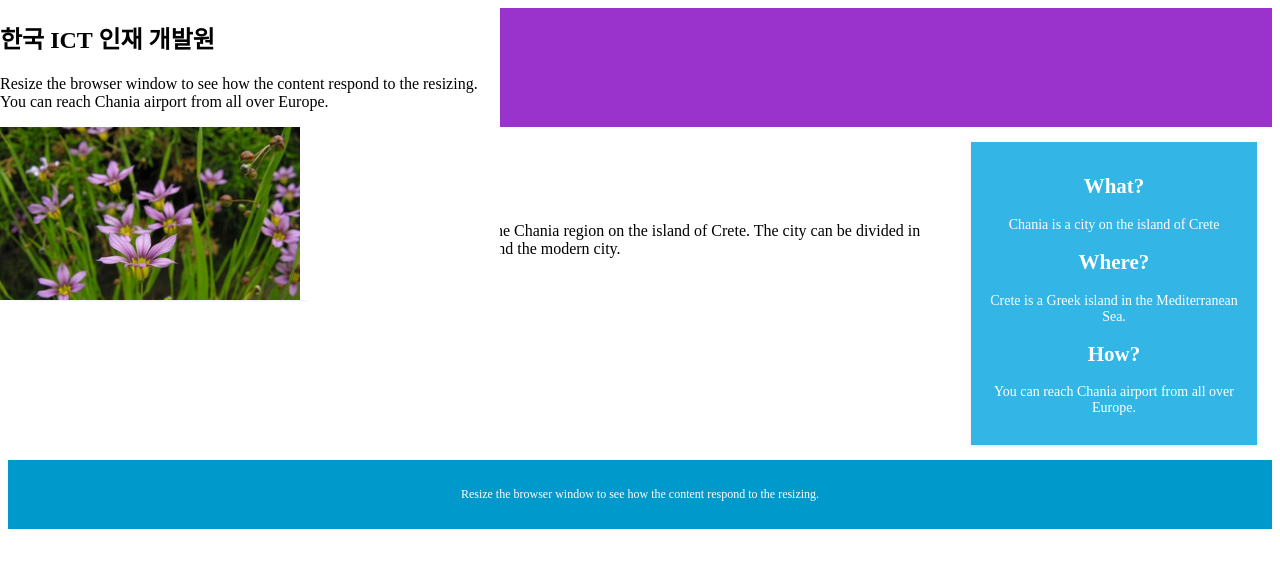
Repository: shinsil0601/webstudy
Page: 03_JavaScript/src/main/webapp/day02/ex18_event.html
An editor plug-in stored every save of this project. The page is shown before and after the next save, followed by the edit.
The browser window is 1280 px wide. The pictures show the whole page.

Above is the page before, as saved 2023-06-28 08:06:32.

### 03_JavaScript/src/main/webapp/day02/ex18_event.html
<!DOCTYPE html>
<html>
<head>
<meta charset="UTF-8">
<meta name="viewport" content="width=device-width">
<title>반응형 웹 페이지</title>
<style type="text/css">
	*{
		box-sizing: border-box;
	}
	.header{
		background-color: #9933cc;
		color: white;
		padding: 15px;
	}
	/* ::after => 요소의 콘텐츠 끝부분에 생성된 콘텐츠를 추가한다.*/
	/* ::before => 요소의 콘텐츠 시작부분에 생성된 콘텐츠를 추가한다. */
	/* content:""; => ::after와::before 함께 쓰이는 content는 가짜 속성입니다.*/
	.row::after{
		content:"";
		clear:both;
		display: block;
	}
	.footer{
		/*clear:both;*/ /* float: left 해제*/
		background-color: #0099cc;
		color: white;
		text-align: center;
		font-size: 12px;
		padding: 15px;
	}
	.menu ul{
		list-style-type: none;
		margin: 0;
		padding: 0;
	}
	.menu li{
		padding: 8px;
		margin-bottom: 7px;
		background-color: #33b5e5;
		color: white;
		box-shadow: 0 1px 3px rgba(0,0,0,0.12) ;
	}
	.menu li:hover{
		background-color: #0099cc;
	}

	[class*="col-"]{
		float: left;
		padding:15px;
	}
	.aside{
		background-color: #33b5e5;
		padding: 15px;
		color: white;
		text-align: center;
		font-size: 14px;
		box-shadow: 0 1px 3px rgba(0,0,0,0.12) ;
	}
	.col-1 {width: 8.33%;}
	.col-2 {width: 16.66%;}
	.col-3 {width: 25%;}
	.col-4 {width: 33.33%;}
	.col-5 {width: 41.66%;}
	.col-6 {width: 50%;}
	.col-7 {width: 58.33%;}
	.col-8 {width: 66.66%;}
	.col-9 {width: 75%;}
	.col-10 {width: 83.33%;}
	.col-11 {width: 91.66%;}
	.col-12 {width: 100%;}
	@media only screen and (max-width:760px){
		[class*="col-"]{
		  width: 100%;
	   }
	}
	div#popup{
		width: 500px;
		height: 300px;
		position: fixed;
		top: 0px;
		left: 0px;
		overflow: hidden;
		background-color: white;
	}
</style>
</head>
<body>
	<div class="header">
		<h1>한국 ICT 인재 개발원</h1>
	</div>
	<div class="row">
		<div class="col-3 menu">
			<ul>
				<li>The Flight</li>
				<li>The City</li>
				<li>The Island</li>
				<li>The Food</li>
			</ul>
		</div>
		<div class="col-6">
			<h1>The City</h1>
			<p>Chania is the capital of the Chania region on the island of Crete.
			The city can be divided in two parts, the old town and the modern city.</p>
		</div>
			<div class="col-3 right">
				<div class="aside">
				<h2>What?</h2>
				<p>Chania is a city on the island of Crete</p>
				<h2>Where?</h2>
				<p>Crete is a Greek island in the Mediterranean Sea.</p>
				<h2>How?</h2>
				<p>You can reach Chania airport from all over Europe.</p>
				</div>
			</div>
		</div>
	<div class="footer">
		<p>Resize the browser window to see how the content respond to the resizing.</p>
	</div>
	<div id="popup">
		<h2> 한국 ICT 인재 개발원 </h2>
		<p>Resize the browser window to see how the content respond to the resizing.
		You can reach Chania airport from all over Europe.</p>
		<img src="../images/flower.jpg" width="300px">
		<div><a href="#" onclick="close()">닫기</a></div>
	</div>
</body>
</html>

After the next save:
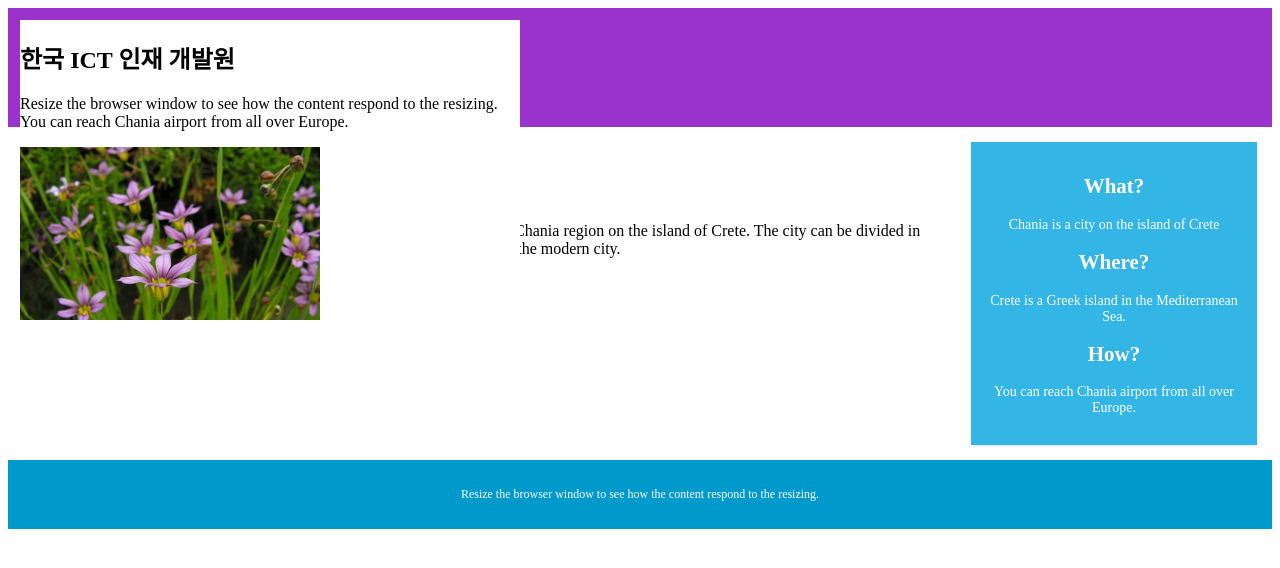
Saved 10 s later.
--- a/03_JavaScript/src/main/webapp/day02/ex18_event.html
+++ b/03_JavaScript/src/main/webapp/day02/ex18_event.html
@@ -78,8 +78,8 @@
 		width: 500px;
 		height: 300px;
 		position: fixed;
-		top: 0px;
-		left: 0px;
+		top: 20px;
+		left: 20px;
 		overflow: hidden;
 		background-color: white;
 	}
